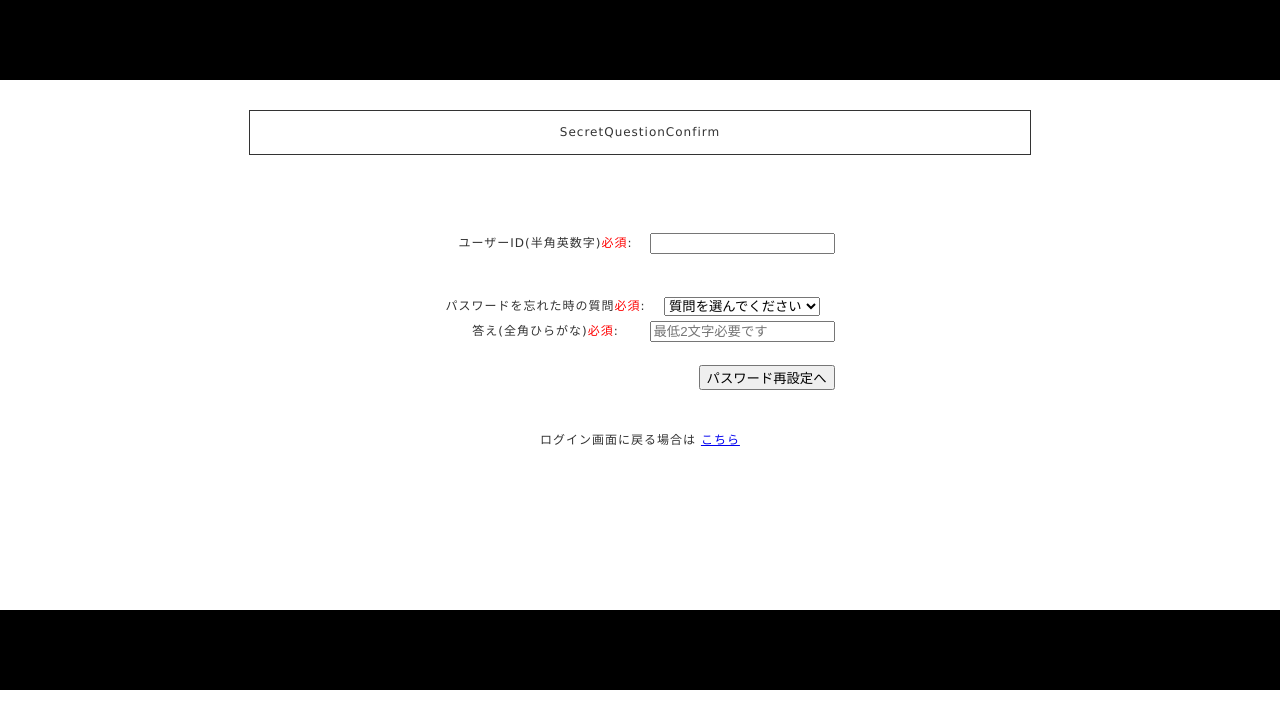
Repository: y321sudo/test2
Page: http://localhost/Yukazon/secretQuestionConfirm.jsp
The author's editor kept a copy of each file at every save. The page is drawn from the files as they stood at one save, then again after the next save.
The browser window is 1280 px wide. The pictures show the whole page.
The page is served by Tomcat 9.

Above is the page before, as saved 2018-02-23 06:48:36.

After the next save:
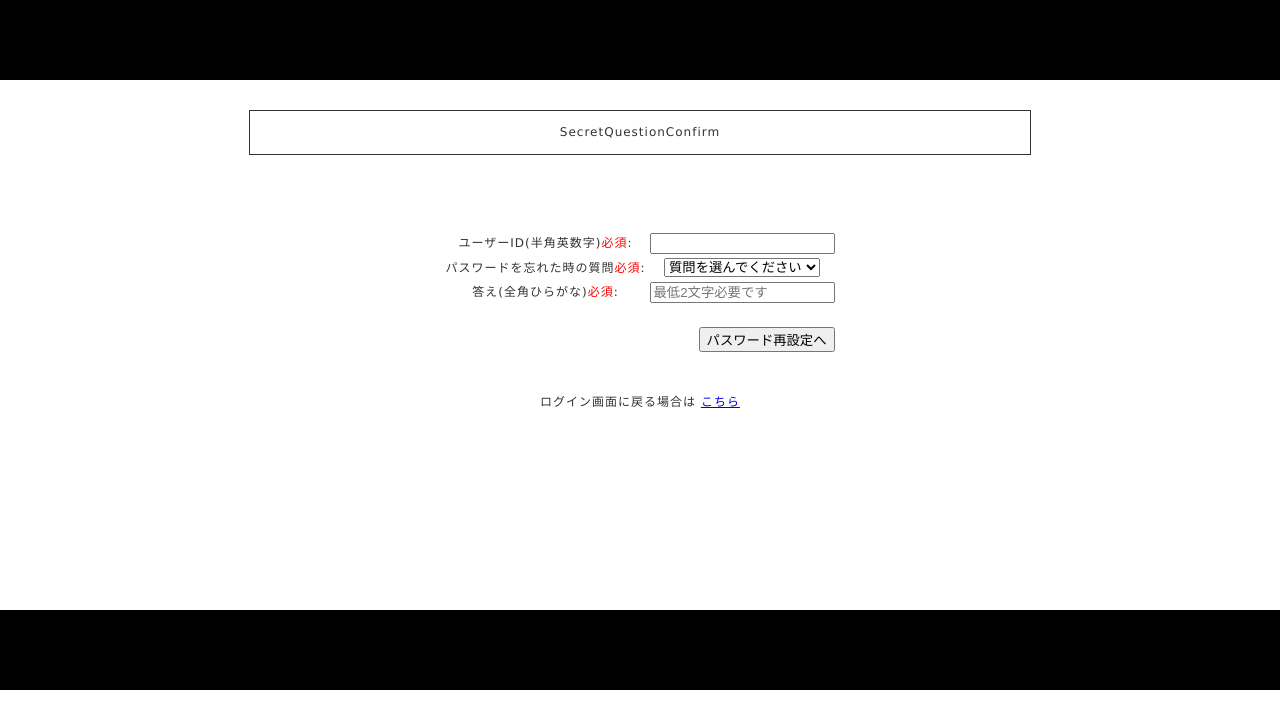
Saved 50 s later.
--- a/Yukazon/WebContent/secretQuestionConfirm.jsp
+++ b/Yukazon/WebContent/secretQuestionConfirm.jsp
@@ -81,9 +81,9 @@
 				</tr>
 				<tr>
 					<td>
-						<label><br><br>パスワードを忘れた時の質問<font color="red">必須</font>:</label>
+						<label>パスワードを忘れた時の質問<font color="red">必須</font>:</label>
 					</td>
-					<td><br><br>
+					<td>
 						<select name="secretQuestion">
 							<option value="質問を選んでください" selected="selected">質問を選んでください</option>
 							<option value="好きな食べ物は？">好きな食べ物は？</option>
